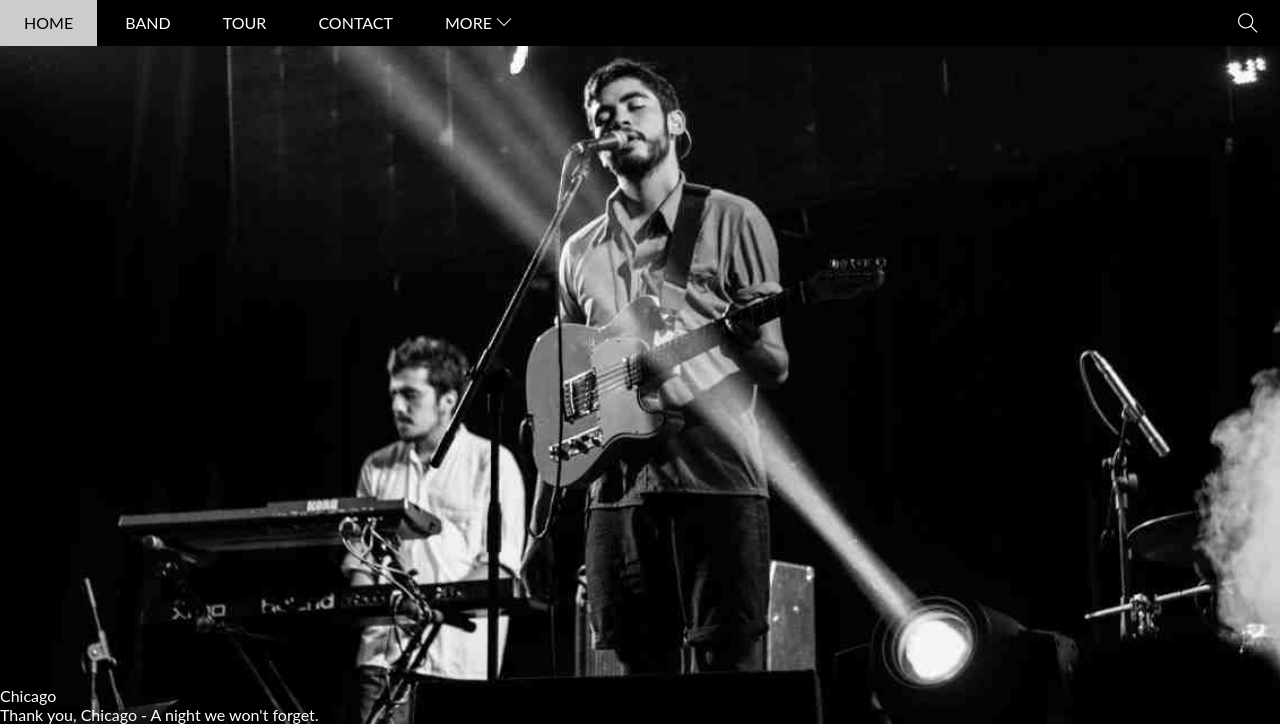
Repository: tatvanhco/web-dau-tay
Page: index.html
The author's editor kept a copy of each file at every save. The page is drawn from the files as they stood at one save, then again after the next save.
The browser window is 1280 px wide. The pictures show the whole page.

Above is the page before, as saved 2022-01-23 17:53:47.

After the next save:
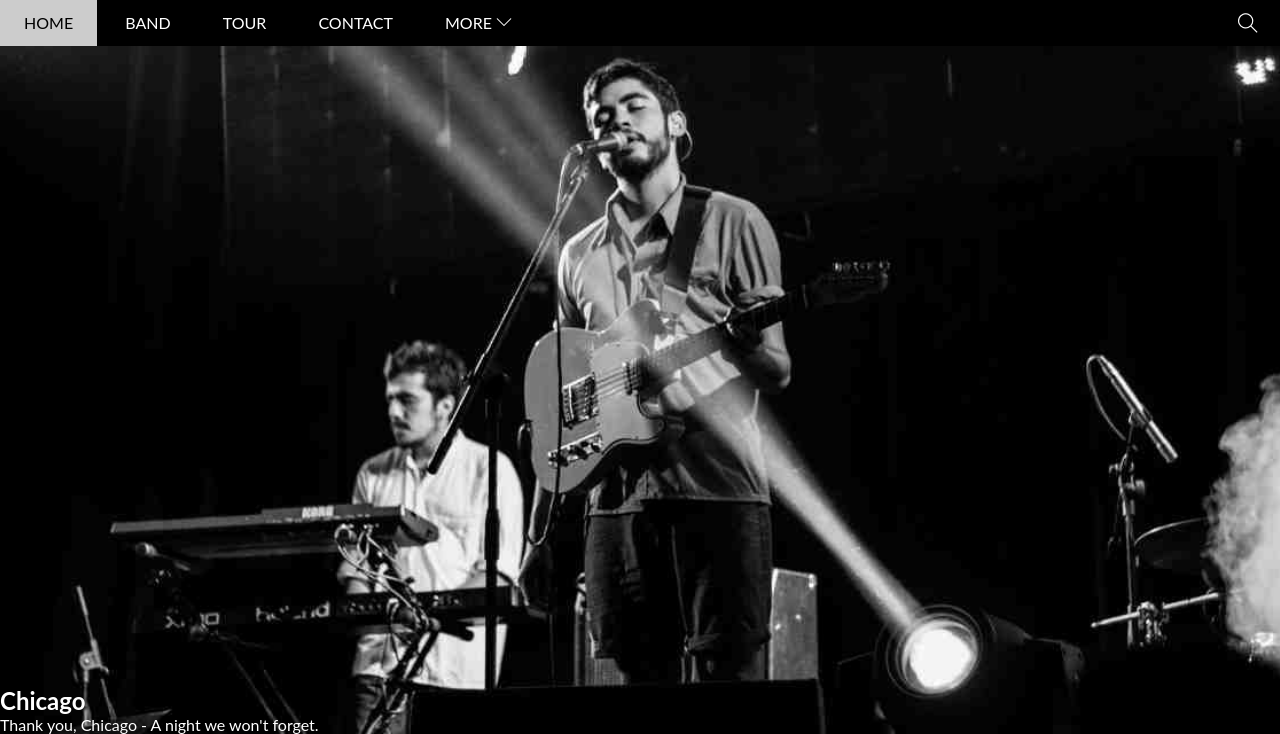
Saved 36 s later.
--- a/index.html
+++ b/index.html
@@ -37,7 +37,7 @@
         </div>
         <div id="slide">
             <div class="text-content">
-                <div class="text-heading">Chicago</div>
+                <h2 class="text-heading">Chicago</h2>
                 <div class="text-desc">Thank you, Chicago - A night we won't forget.</div>
             </div>
         </div>
